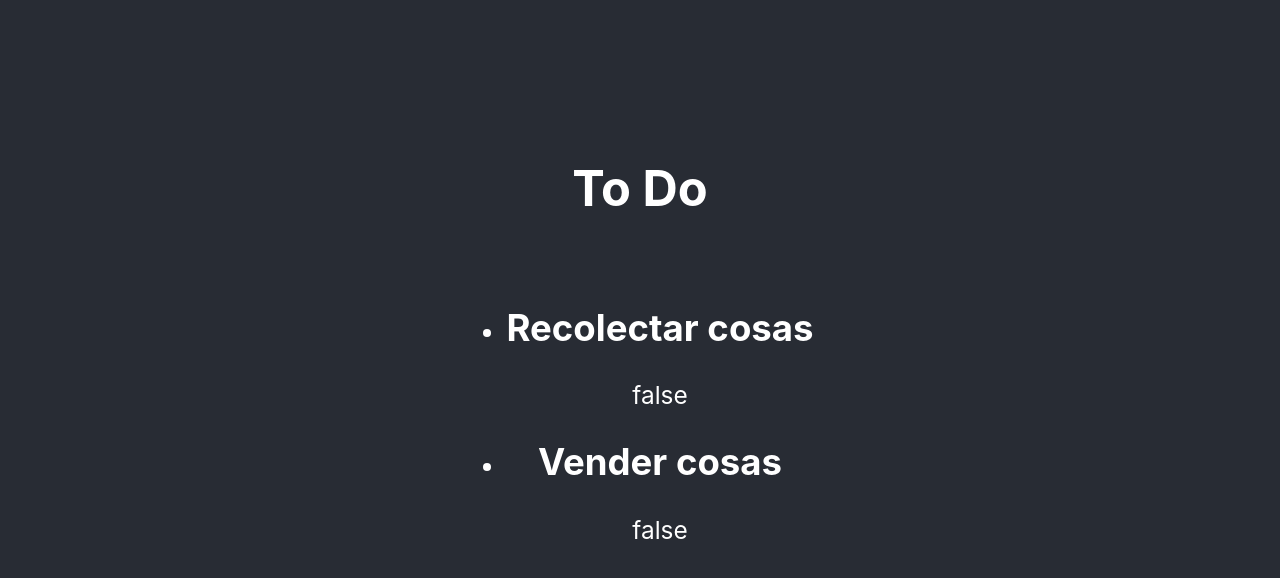
Repository: ChristianGecchelin/ts-react-context
Page: /
These files come from the project's save history. The page is drawn as it stood at one moment and after the next save; the edit follows.
The browser window is 1280 px wide. The pictures show the whole page.
The project was rebuilt for these pictures with package versions that can differ from the ones it lists, and the page was loaded fresh each time.

Above is the page before, as saved 2022-08-17 19:50:41.

After the next save:
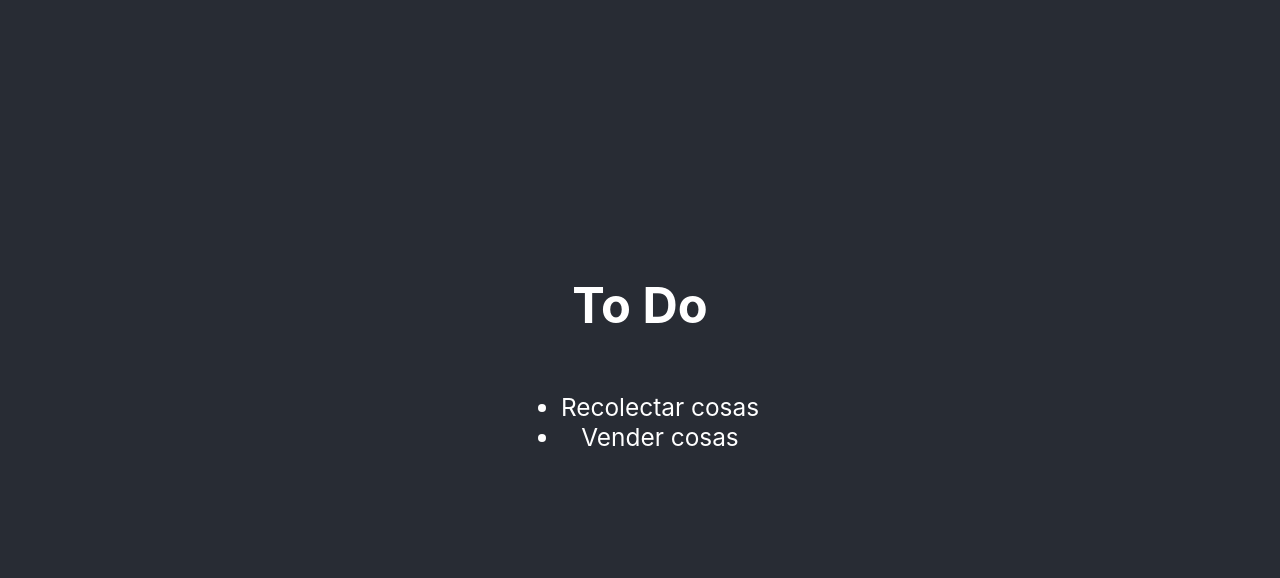
Saved 54 s later.
--- a/src/todo/components/TodoList.tsx
+++ b/src/todo/components/TodoList.tsx
@@ -1,5 +1,6 @@
 import { useContext } from 'react';
 import { TodoContext } from '../context/TodoContext';
+import { TodoItem } from './TodoItem';
 
 export const TodoList = () => {
     const {todoState} = useContext(TodoContext)
@@ -7,10 +8,7 @@ export const TodoList = () => {
   return (
     <ul>
         {todoState.todos.map(todo=>
-        <li>
-            <h2>{todo.desc}</h2>
-            <p>{todo.completed.toString()}</p>
-        </li>
+        <TodoItem todo={todo}/>
         )}
     </ul>
   );
